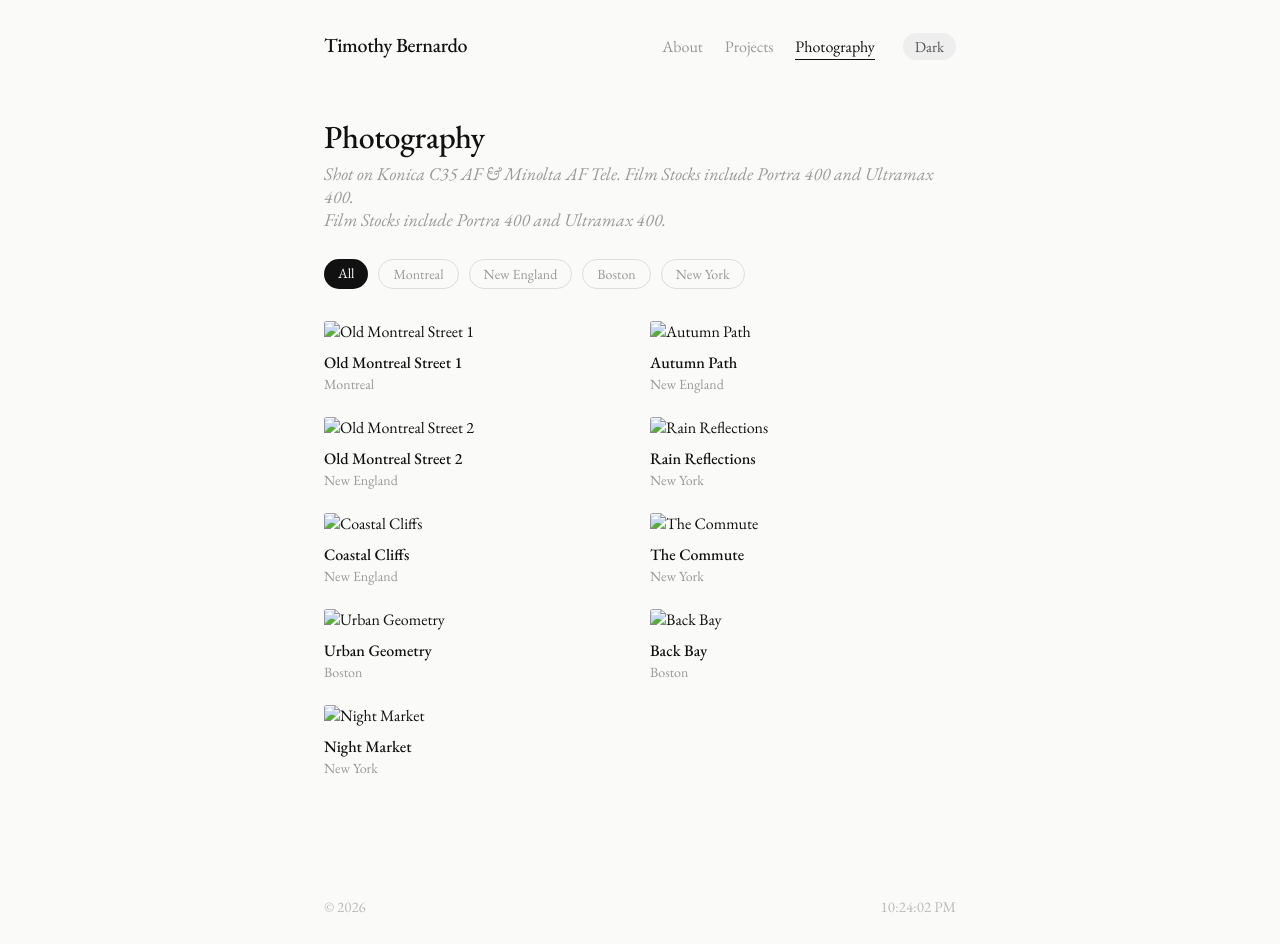
Repository: timothybernardo/portfolio
Page: /photography
These files come from the project's save history. The page is drawn as it stood at one moment and after a run of saves; the edit follows.
The browser window is 1280 px wide. The pictures show the whole page.
The project was rebuilt for these pictures with package versions that can differ from the ones it lists, and the page was loaded fresh each time. Also part of the build but not shown: src/pages/Home.jsx, src/data/experience.js, src/pages/About.jsx, src/data/projects.js, src/pages/Projects.jsx.

Above is the page before, as saved 2026-03-08 00:11:12.

### public/index.html
<!DOCTYPE html>
<html lang="en">
<head>
  <meta charset="UTF-8" />
  <meta name="viewport" content="width=device-width, initial-scale=1.0" />
  <title>Timothy Bernardo</title>
  <link href="https://fonts.googleapis.com/css2?family=EB+Garamond:ital,wght@0,400;0,500;0,600;0,700;1,400&display=swap" rel="stylesheet" />
</head>
<body>
  <div id="root"></div>
</body>
</html>

### src/index.js
import React from "react";
import ReactDOM from "react-dom/client";
import { BrowserRouter } from "react-router-dom";
import App from "./App";
import "./index.css";

const root = ReactDOM.createRoot(document.getElementById("root"));
root.render(
  <React.StrictMode>
    <BrowserRouter>
      <App />
    </BrowserRouter>
  </React.StrictMode>
);

### src/App.jsx
import { useState } from "react";
import { Routes, Route } from "react-router-dom";
import { themes, serif } from "./theme";
import Header from "./components/Header";
import Footer from "./components/Footer";
import Home from "./pages/Home";
import About from "./pages/About";
import Projects from "./pages/Projects";
import Photography from "./pages/Photography";

export default function App() {
  const [dark, setDark] = useState(false);
const theme = dark ? themes.dark : themes.light;
document.documentElement.style.background = theme.bg;
document.body.style.background = theme.bg;

  return (
    <div
      style={{
        fontFamily: serif,
        color: theme.text,
        minHeight: "100vh",
        background: theme.bg,
        display: "flex",
        flexDirection: "column",
        transition: "background 0.3s, color 0.3s",
      }}
    >
      <Header theme={theme} isDark={dark} onToggle={() => setDark(!dark)} />

      <main style={{ maxWidth: 680, width: "100%", margin: "0 auto", padding: "0 24px 100px", flex: 1 }}>
        <Routes>
          <Route path="/" element={<Home theme={theme} />} />
          <Route path="/about" element={<About theme={theme} />} />
          <Route path="/projects" element={<Projects theme={theme} />} />
          <Route path="/photography" element={<Photography theme={theme} />} />
          <Route path="/photography/:id" element={<Photography theme={theme} />} />
        </Routes>
      </main>

      <Footer theme={theme} />
    </div>
  );
}

### src/index.css
* {
  margin: 0;
  padding: 0;
  box-sizing: border-box;
}

html, body, #root {
  min-height: 100%;
  height: 100%;
  background: inherit;
}

body {
  -webkit-font-smoothing: antialiased;
  -moz-osx-font-smoothing: grayscale;
}

a {
  text-decoration: none;
  color: inherit;
}

### src/theme.js
export const serif = "'EB Garamond', Georgia, 'Times New Roman', serif";

export const themes = {
  light: {
    bg: "#fafaf8",
    text: "#111",
    sub: "#555",
    muted: "#999",
    faint: "#bbb",
    border: "#ece9e5",
    pill: "#111",
    pillT: "#fff",
    pillB: "#ddd",
    badge: "rgba(255,255,255,0.3)",
    toggle: "#eee",
    toggleTxt: "#555",
  },
  dark: {
    bg: "#131313",
    text: "#e4e0da",
    sub: "#a09a93",
    muted: "#6b665f",
    faint: "#4a4640",
    border: "#282624",
    pill: "#e4e0da",
    pillT: "#131313",
    pillB: "#383530",
    badge: "rgba(255,255,255,0.18)",
    toggle: "#282624",
    toggleTxt: "#a09a93",
  },
};

### src/components/Header.jsx
import { Link, useLocation } from "react-router-dom";
import { serif } from "../theme";

const links = [
  { path: "/about", label: "About" },
  { path: "/projects", label: "Projects" },
  { path: "/photography", label: "Photography" },
];

export default function Header({ theme, onToggle, isDark }) {
  const { pathname } = useLocation();

  return (
    <header
      style={{
        maxWidth: 680,
        width: "100%",
        margin: "0 auto",
        padding: "32px 24px 0",
        display: "flex",
        justifyContent: "space-between",
        alignItems: "baseline",
        fontFamily: serif,
      }}
    >
      <Link to="/" style={{ fontWeight: 500, fontSize: 20, letterSpacing: "-0.3px" }}>
        Timothy Bernardo
      </Link>

      <nav style={{ display: "flex", gap: 22, alignItems: "baseline" }}>
        {links.map(({ path, label }) => (
          <Link
            key={path}
            to={path}
            style={{
              fontSize: 16,
              color: pathname === path ? theme.text : theme.muted,
              paddingBottom: 2,
              borderBottom:
                pathname === path
                  ? `1.5px solid ${theme.text}`
                  : "1.5px solid transparent",
            }}
          >
            {label}
          </Link>
        ))}
        <span
          onClick={onToggle}
          style={{
            fontFamily: serif,
            fontSize: 15,
            cursor: "pointer",
            padding: "4px 12px",
            borderRadius: 14,
            background: theme.toggle,
            color: theme.toggleTxt,
            marginLeft: 6,
            userSelect: "none",
          }}
        >
          {isDark ? "Light" : "Dark"}
        </span>
      </nav>
    </header>
  );
}

### src/components/Footer.jsx
import Clock from "./Clock";
import { serif } from "../theme";

export default function Footer({ theme }) {
  return (
    <footer
      style={{
        maxWidth: 680,
        width: "100%",
        margin: "0 auto",
        padding: "20px 24px 28px",
        fontSize: 15,
        color: theme.faint,
        display: "flex",
        justifyContent: "space-between",
        alignItems: "center",
        fontFamily: serif,
      }}
    >
      <span>&copy; 2026</span>
      <Clock color={theme.faint} />
    </footer>
  );
}

### src/pages/Photography.jsx
import { useState } from "react";
import { useParams, useNavigate } from "react-router-dom";
import { serif } from "../theme";
import photos from "../data/photos";
import PhotoCard from "../components/PhotoCard";

const categories = ["All", ...new Set(photos.map((p) => p.cat))];

function Gallery({ theme }) {
  const [filter, setFilter] = useState("All");
  const filtered = filter === "All" ? photos : photos.filter((p) => p.cat === filter);

  return (
    <div style={{ marginTop: 56, fontFamily: serif }}>
      <h2 style={{ fontSize: 32, fontWeight: 500, letterSpacing: "-0.3px", marginBottom: 4 }}>
        Photography
      </h2>
      <p style={{ fontSize: 18, color: theme.muted, marginBottom: 0, fontStyle: "italic" }}>
        Shot on Konica C35 AF & Minolta AF Tele.  Film Stocks include Portra 400 and Ultramax 400.
      </p>
      <p style={{ fontSize: 18, color: theme.muted, marginBottom: 28, fontStyle: "italic" }}>
         Film Stocks include Portra 400 and Ultramax 400.
      </p>
      <div style={{ display: "flex", gap: 10, marginBottom: 32, flexWrap: "wrap" }}>
        {categories.map((cat) => (
          <span
            key={cat}
            onClick={() => setFilter(cat)}
            style={{
              fontFamily: serif,
              fontSize: 14,
              cursor: "pointer",
              padding: "5px 14px",
              borderRadius: 20,
              background: filter === cat ? theme.pill : "transparent",
              color: filter === cat ? theme.pillT : theme.muted,
              border: filter === cat ? "none" : `1px solid ${theme.pillB}`,
            }}
          >
            {cat}
          </span>
        ))}
      </div>
      <div style={{ columnCount: 2, columnGap: 20 }}>
        {filtered.map((p) => (
          <PhotoCard key={p.id} photo={p} theme={theme} />
        ))}
      </div>
    </div>
  );
}

function PhotoDetail({ theme }) {
  const { id } = useParams();
  const navigate = useNavigate();
  const photo = photos.find((p) => p.id === parseInt(id));

  if (!photo) return <p>Photo not found.</p>;

  return (
    <div style={{ marginTop: 56, fontFamily: serif }}>
      <span
        onClick={() => navigate("/photography")}
        style={{ fontSize: 15, color: theme.muted, cursor: "pointer", display: "inline-block", marginBottom: 24 }}
      >
        ← Back
      </span>
      <img
        src={photo.full}
        alt={photo.title}
        style={{
          width: "100%",
          borderRadius: 3,
          display: "block",
          marginBottom: 28,
        }}
      />
      <h2 style={{ fontSize: 26, fontWeight: 500, marginBottom: 4 }}>{photo.title}</h2>
      <p style={{ fontSize: 15, color: theme.muted, marginBottom: 4 }}>{photo.cat}</p>

    </div>
  );
}

export default function Photography({ theme }) {
  const { id } = useParams();
  return id ? <PhotoDetail theme={theme} /> : <Gallery theme={theme} />;
}

### src/components/Clock.jsx
import { useState, useEffect } from "react";

export default function Clock({ color }) {
  const [time, setTime] = useState(new Date());

  useEffect(() => {
    const interval = setInterval(() => setTime(new Date()), 1000);
    return () => clearInterval(interval);
  }, []);

  return (
    <span style={{ color }}>
      {time.toLocaleTimeString("en-US", {
        hour: "2-digit",
        minute: "2-digit",
        second: "2-digit",
      })}
    </span>
  );
}

### src/data/photos.js
// To add your own photos:
// 1. Drop your images into public/images/
// 2. Update the "img" path below to match the filename
// 3. Set "cat" to the location/group you want
// 4. Write a description (or leave desc as "" to hide it)
//
// Vertical and horizontal photos both work fine.
// The masonry layout handles mixed orientations automatically.

const photos = [
  { id: 1, title: "Old Montreal Street 1", cat: "Montreal", img: "/images/old-montreal.jpg", desc: "Rolling hills bathed in warm evening light, shot on Ektar 100." },
  { id: 2, title: "Old Montreal Street 2", cat: "New England", img: "/images/morning-fog.jpg", desc: "A misty valley at dawn somewhere outside of Lynn." },
  { id: 3, title: "Coastal Cliffs", cat: "New England", img: "/images/coastal-cliffs.jpg", desc: "Dramatic cliffs meeting the Atlantic. The wind was unreal." },
  { id: 4, title: "Urban Geometry", cat: "Boston", img: "/images/urban-geometry.jpg", desc: "Lines and shadows in downtown Boston." },
  { id: 5, title: "Night Market", cat: "New York", img: "/images/night-market.jpg", desc: "Bustling street vendors after dark. Pushed the film to 800 for this one." },
  { id: 6, title: "Autumn Path", cat: "New England", img: "/images/autumn-path.jpg", desc: "A winding trail through fall foliage." },
  { id: 7, title: "Rain Reflections", cat: "New York", img: "/images/rain-reflections.jpg", desc: "" },
  { id: 8, title: "The Commute", cat: "New York", img: "/images/the-commute.jpg", desc: "Figures in motion through the station. Shot handheld at 1/60." },
  { id: 9, title: "Back Bay", cat: "Boston", img: "/images/back-bay.jpg", desc: "Late afternoon light on brownstones." },
];

export default photos;

### src/components/PhotoCard.jsx
import { useNavigate } from "react-router-dom";
import { serif } from "../theme";

export default function PhotoCard({ photo, theme }) {
  const navigate = useNavigate();

  return (
    <div
      onClick={() => navigate(`/photography/${photo.id}`)}
      style={{ breakInside: "avoid", marginBottom: 24, cursor: "pointer" }}
    >
      <img
        src={photo.thumb}
        alt={photo.title}
        loading="lazy"
        style={{
          width: "100%",
          borderRadius: 3,
          display: "block",
          transition: "opacity 0.2s",
        }}
        onMouseEnter={(e) => (e.currentTarget.style.opacity = "0.8")}
        onMouseLeave={(e) => (e.currentTarget.style.opacity = "1")}
      />
      <p style={{ margin: "10px 0 2px", fontFamily: serif, fontSize: 16, fontWeight: 500 }}>
        {photo.title}
      </p>
      <p style={{ margin: 0, fontFamily: serif, fontSize: 14, color: theme.muted }}>
        {photo.cat}
      </p>
    </div>
  );
}

After the next 2 saves:
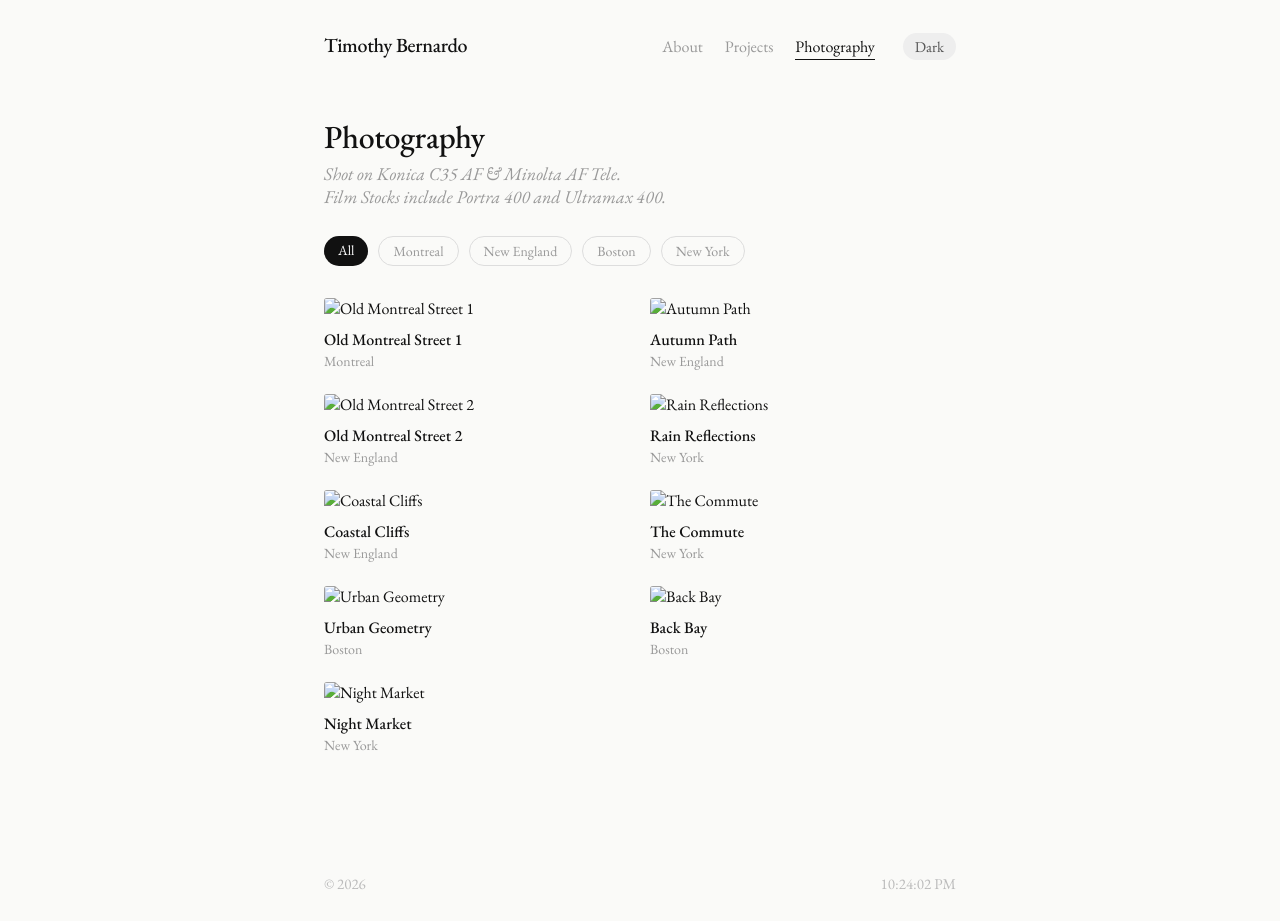
The 2 saves are shown as one change because they came seconds apart.
The last was saved 10 s later.
--- a/src/pages/Photography.jsx
+++ b/src/pages/Photography.jsx
@@ -16,7 +16,7 @@ function Gallery({ theme }) {
         Photography
       </h2>
       <p style={{ fontSize: 18, color: theme.muted, marginBottom: 0, fontStyle: "italic" }}>
-        Shot on Konica C35 AF & Minolta AF Tele.  Film Stocks include Portra 400 and Ultramax 400.
+        Shot on Konica C35 AF & Minolta AF Tele.
       </p>
       <p style={{ fontSize: 18, color: theme.muted, marginBottom: 28, fontStyle: "italic" }}>
          Film Stocks include Portra 400 and Ultramax 400.
